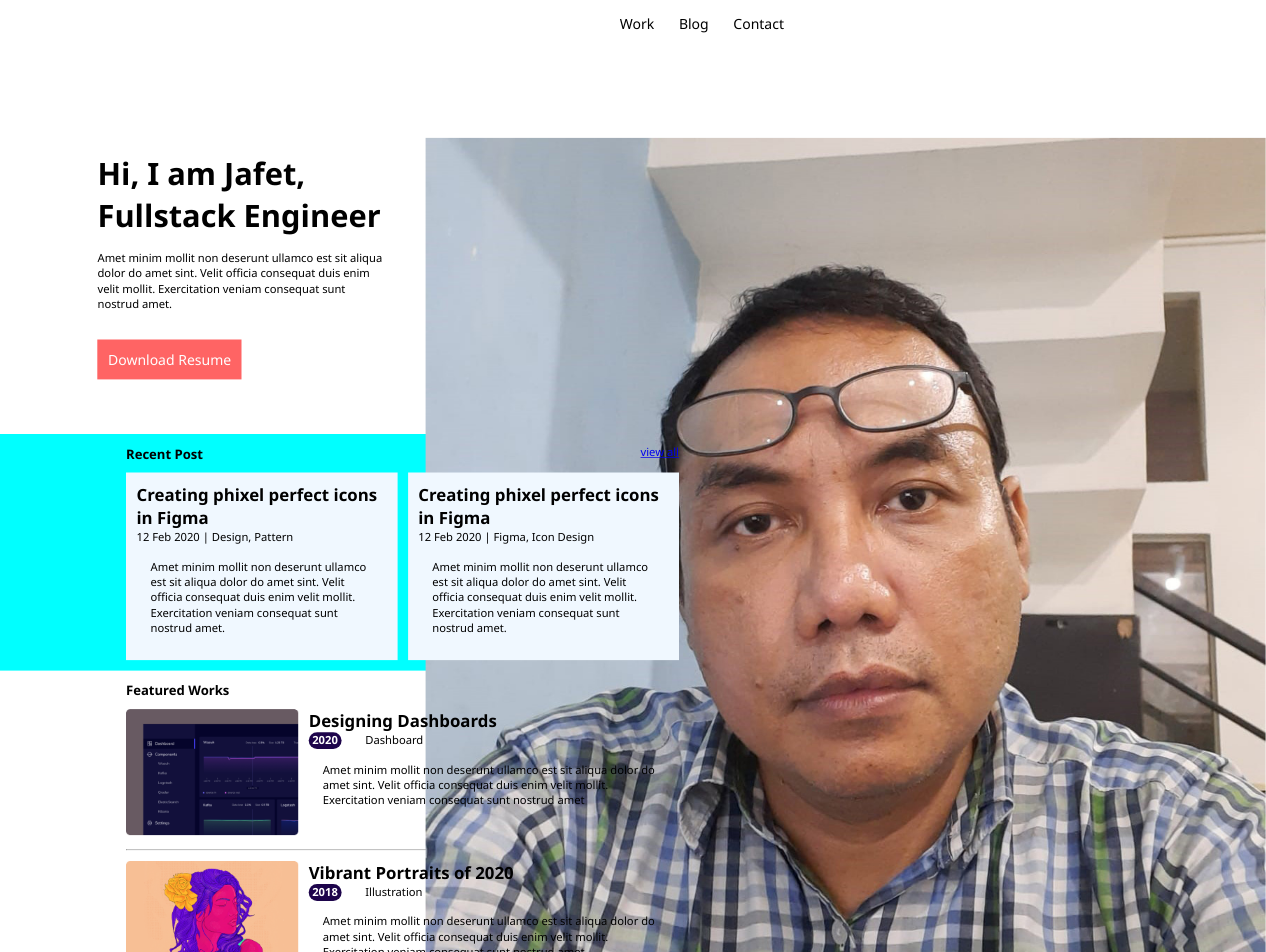
Repository: jafetdn73/portofolio
Page: index.html
These files come from the project's save history. The page is drawn as it stood at one moment and after the next save; the edit follows.
The browser window is 1280 px wide. The page is 1808 px wide, then 1280 px, so the pictures cover 1808 px, including what lies to the right of the window. The pictures show the part of the page from y = 0 to 1360 px (the page is 1880 px tall before and 1822 px after), at 70% of full size.

Above is the page before, as saved 2022-02-24 12:58:34.

### index.html
<!DOCTYPE html>
<html lang="en">
<head>
    <meta charset="UTF-8">
    <meta http-equiv="X-UA-Compatible" content="IE=edge">
    <meta name="viewport" content="width=device-width, initial-scale=1.0">
    <link rel="stylesheet" href="figma.css">
    <title>Belajar HTML CSS</title>
</head>
<body>
    <div class="container">
        <!-- Start Menu Bar -->
        <div class="menu-bar">
            <ul>
                <li>
                    Work
                </li>
                <li>
                    Blog
                </li>
                <li>
                    Contact
                </li>
            </ul>
        </div>
        <!-- Starr Hero -->
        <div class="hero">
            <div class="hero-text">
                <h1>Hi, I am Jafet,<br/>
                    Fullstack Engineer
                </h1>
                <p>
                    Amet minim mollit non deserunt ullamco est sit aliqua dolor do amet sint. Velit officia consequat duis enim velit mollit. Exercitation veniam consequat sunt nostrud amet.
                </p>
                <button>Download Resume</button>
            </div>
            <div class="hero-image">
                <img class="hero-image-src" src="jafet.png"/>
            </div>
        </div>
        <!-- Start Post -->
        <div class="post">
            <div class="post-navi">
                <h3>Recent Post</h3>
                <a href="http://detik.com">view all</a>
            </div>
            <div class="post-content">
                <div class="post-content-detail">
                    <h2>Creating phixel perfect icons in Figma</h2>
                    <label>12 Feb 2020</label>
                    <label>|</label>
                    <label>Design, Pattern</label>
                    <p>
                        Amet minim mollit non deserunt ullamco est sit aliqua dolor do amet sint. Velit officia consequat duis enim velit mollit. Exercitation veniam consequat sunt nostrud amet.
                    </p>
                </div>
                <div class="post-content-detail">
                    <h2>Creating phixel perfect icons in Figma</h2>
                    <label>12 Feb 2020</label>
                    <label>|</label>
                    <label>Figma, Icon Design</label>
                    <p>
                        Amet minim mollit non deserunt ullamco est sit aliqua dolor do amet sint. Velit officia consequat duis enim velit mollit. Exercitation veniam consequat sunt nostrud amet.
                    </p>
                </div>
            </div>
        </div>
        <!-- Start Featured -->
        <div class="featured">
            <h3>Featured Works</h3>
            <div class="featured-detail">
                <div class="featured-image">
                    <img src="Rectangle 30.png"/>
                </div>
                <div class="featured-text">
                    <h2>Designing Dashboards</h2>
                    <label class="featured-text-year" ><b>2020</b></label>
                    <label>Dashboard</label>
                    <p>
                        Amet minim mollit non deserunt ullamco est sit aliqua dolor do amet sint. Velit officia consequat duis enim velit mollit. Exercitation veniam consequat sunt nostrud amet
                    </p>
                </div>
            </div>
            <hr/>
            <div class="featured-detail">
                <div class="featured-image">
                    <img src="Rectangle 32.png"/>
                </div>
                <div class="featured-text">
                    <h2>Vibrant Portraits of 2020</h2>
                    <label class="featured-text-year" ><b>2018</b></label>
                    <label>Illustration</label>
                    <p>
                        Amet minim mollit non deserunt ullamco est sit aliqua dolor do amet sint. Velit officia consequat duis enim velit mollit. Exercitation veniam consequat sunt nostrud amet
                    </p>
                </div>
            </div>
            <hr/>
            <div class="featured-detail">
                <div class="featured-image">
                    <img src="Rectangle 34.png"/>
                </div>
                <div class="featured-text">
                    <h2>36 Days of Malayalam type</h2>
                    <label class="featured-text-year" ><b>2018</b></label>
                    <label>Typography</label>
                    <p>
                        Amet minim mollit non deserunt ullamco est sit aliqua dolor do amet sint. Velit officia consequat duis enim velit mollit. Exercitation veniam consequat sunt nostrud amet
                    </p>
                </div>
            </div>
            <hr/>
        </div>
        <!-- Start Social Media -->
        <div class="social-media"><img src="fb.png"/><img src="insta.png"/><img src="group.png"/><img src="linkedin.png"/></div>
        <div class="copyright">Copyright @2020 All right reserved</div>
    </div>
</body>
</html>

### figma.css
* {
    margin: 0;
    font-family:'Segoe UI', Tahoma, Geneva, Verdana, sans-serif
}

.container {
    width: 1150px;
}

.menu-bar {
    display: flex;
    justify-content: flex-end;
    margin-top: 20px;
}

.menu-bar ul li {
    display: inline;
    margin-right: 30px;
    font-size: 20px;
}

/* Start Hero */
.hero {
    display: flex;
    justify-content: space-around;
    margin-top: 150px;
    padding: 0 100px;
}

.hero-image {
    justify-content:center;
    width: 423px;
    height: 423px;
}

.hero-text {
    width: 450px;
}

.hero-text h1 {
    font-size: 44px;
    font-weight: 400px;
}

.hero-text p {
    font-size: 16px;
}

.hero-text h1, p, button
{
    margin: 20px;
}

.hero-text button {
    background-color: #FF6464;
    border-style: none;
    padding: 15px;
    font-size: 20px;
    color: white;
}

/* Start Post */
.post {
    background-color:aqua;
    padding:15px 180px;
}

.post-navi {
    display :flex;
    justify-content:space-between ;
}

.post-content {
    display: flex;
    margin-top: 15px;
    gap:15px;
}

.post-content-detail {
    background-color: aliceblue;
    padding:15px;
}

/* Start Featured */
.featured {
    margin : 15px 180px;
    gap:15px;
}

.featured-detail {
    display:flex;
    margin-top: 15px;
    margin-bottom: 15px;
}

.featured-image {
    margin-right: 15px;
}


.social-media{
    margin-top: 150px;
    margin-left: 180px;
    width: 800px;
    text-align: center;
    display: inline-flexbox;
}

.social-media img {
    margin-left:25px;
    margin-right:25px;
}

.copyright {
    margin-top: 20px;
    margin-left: 180px;
    width: 800px;
    text-align: center;
}

.featured-text-year {
    color: white; background-color: rgb(29, 4, 75);padding-left: 5px;padding-right: 5px;padding-bottom: 2px;; border-radius: 25px;margin-right: 30px;
}

After the next save:
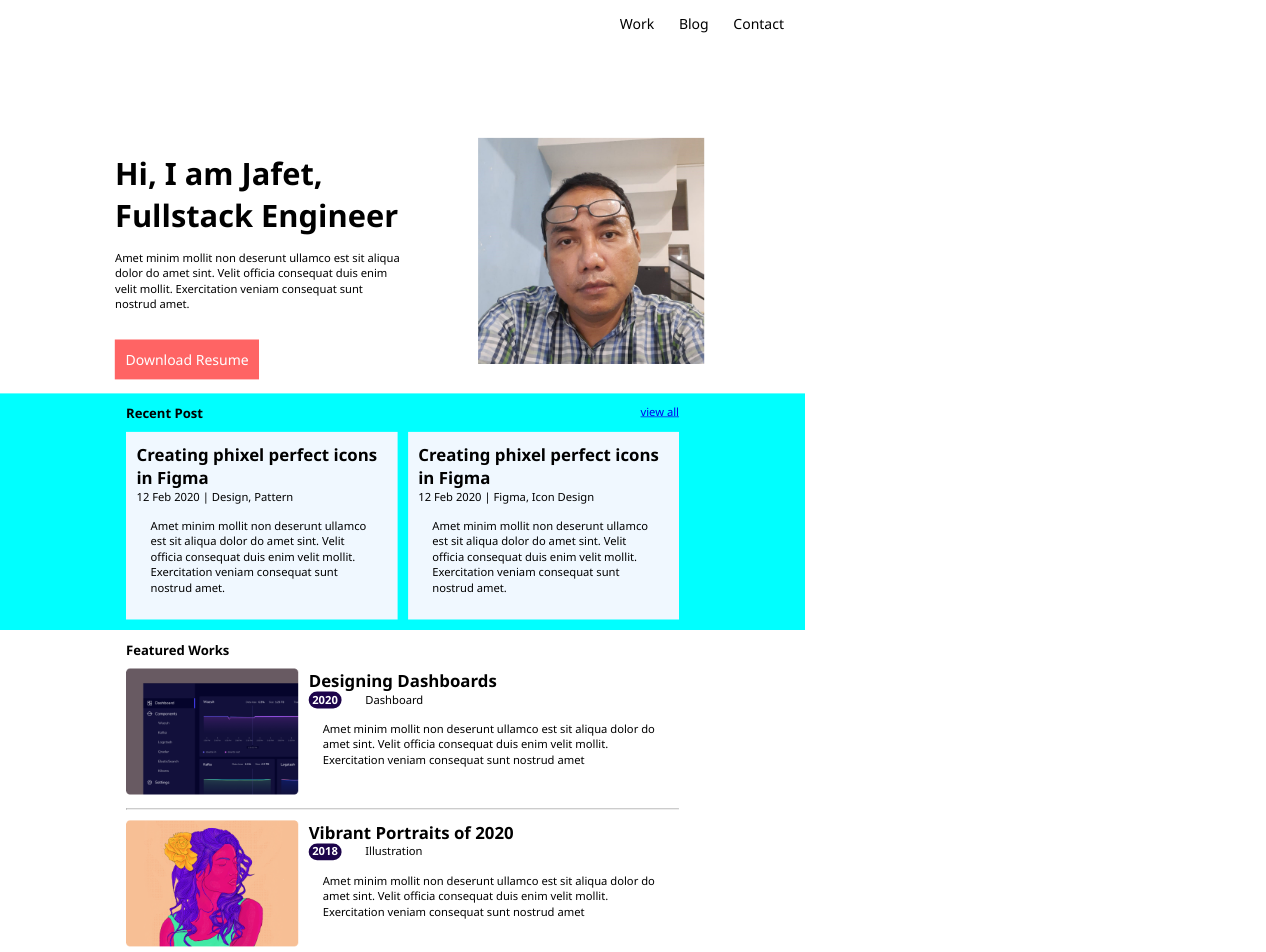
Saved 64 s later.
--- a/figma.css
+++ b/figma.css
@@ -27,10 +27,9 @@
     padding: 0 100px;
 }
 
-.hero-image {
-    justify-content:center;
-    width: 423px;
-    height: 423px;
+.hero-image-src {
+    width: 323px;
+    height: 323px;
 }
 
 .hero-text {
